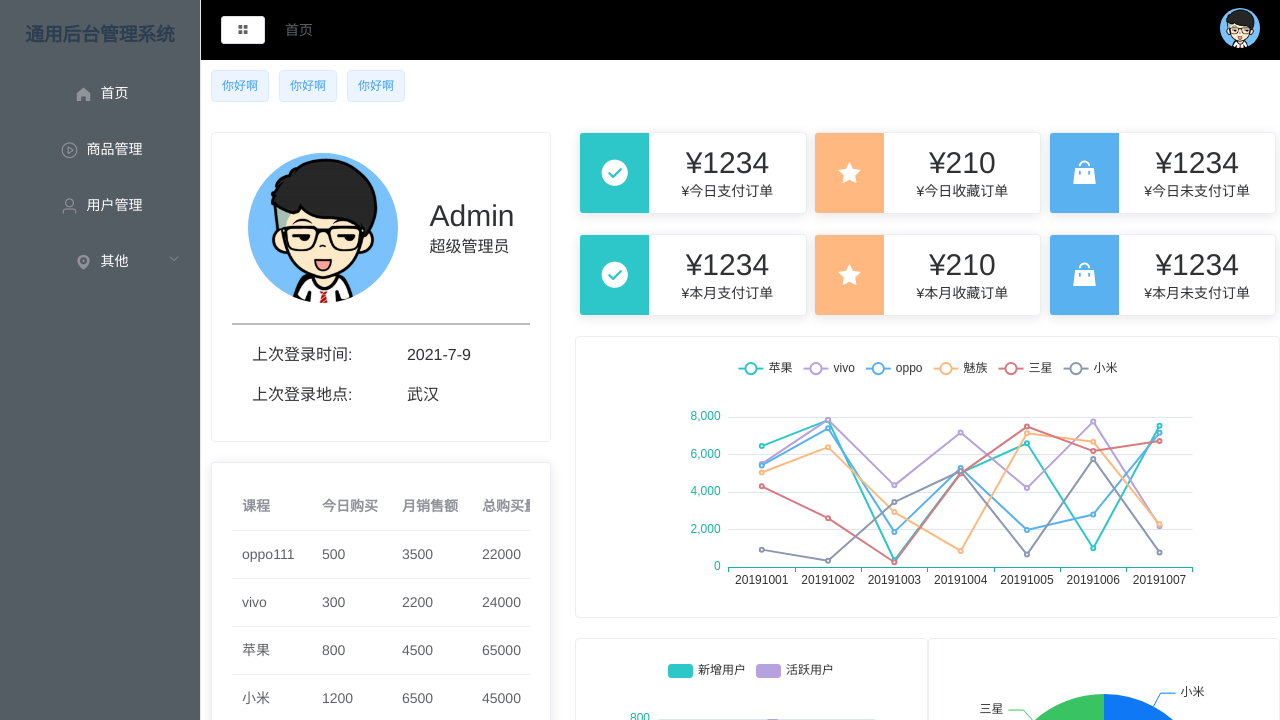
Repository: 385841539/VueStudy
Page: / (app in vue_cli/)
These files come from the project's save history. The page is drawn as it stood at one moment and after the next save; the edit follows.
The browser window is 1280 px wide. The pictures show the whole page.
An inner scrolling area shows only its first screen. The project was rebuilt for these pictures with package versions that can differ from the ones it lists, and the page was loaded fresh each time. Also part of the build but not shown: vue_cli/vue.config.js.

Above is the page before, as saved 2022-01-14 16:47:09.

### vue_cli/public/index.html
<!DOCTYPE html>
<html lang="">

<head>
  <meta charset="utf-8">
  <meta http-equiv="X-UA-Compatible" content="IE=edge">
  <meta name="viewport" content="width=device-width,initial-scale=1.0">
  <link rel="icon" href="<%= BASE_URL %>favicon.ico">
  <title>
    <%= htmlWebpackPlugin.options.title %>
  </title>
  <style>
    body {

      padding: 0px;
      margin: 0px;
      width: 100%;
      height: 100%;

    }
  </style>
</head>

<body>
  <noscript>
    <strong>We're sorry but <%= htmlWebpackPlugin.options.title %> doesn't work properly without JavaScript enabled.
        Please enable it to continue.</strong>
  </noscript>
  <div id="app"></div>
  <!-- built files will be auto injected -->
</body>

</html>

### vue_cli/src/main.js
import Vue from 'vue'
import App from './App.vue'
import './registerServiceWorker'
import router from './router'
import store from './store'

import ElementUI from 'element-ui';
import 'element-ui/lib/theme-chalk/index.css';
import http from 'axios'

Vue.use(ElementUI);
Vue.prototype.$http = http


Vue.config.productionTip = false

if (process.env.NODE_ENV == 'development') {

  require('@/api/mock')

}

new Vue({
  router,
  store,
  render: h => h(App)
}).$mount('#app')

### vue_cli/src/App.vue
<template>
  <div id="app">
    <!-- <p>这是一个P段落</p>
    <el-button>按钮</el-button>
    <el-button type="info">信息</el-button>
    <el-radio v-model="radio" label="1">备选项1</el-radio>
    <el-radio v-model="radio" label="2">备选项1</el-radio>

    <div>
      <router-link to="/">去home组件</router-link>
      <router-link to="/about">去about组件</router-link>
    </div> -->

    <router-view></router-view>
  </div>
</template>
<script>


export default {
  data() {
    return {
      radio: "1",
    };
  },
};
</script>


<style lang="scss">
#app {
  font-family: Avenir, Helvetica, Arial, sans-serif;
  -webkit-font-smoothing: antialiased;
  -moz-osx-font-smoothing: grayscale;
  text-align: center;
  color: #2c3e50;
}

#nav {
  padding: 30px;

  a {
    font-weight: bold;
    color: #2c3e50;

    &.router-link-exact-active {
      color: #42b983;
    }
  }
}
</style>

### vue_cli/src/router/index.js
import Vue from 'vue'
import VueRouter from 'vue-router'
import Main from '../views/Main.vue'

const originPush = VueRouter.prototype.push

VueRouter.prototype.push = function (location) {

  return originPush.call(this, location).catch(err => err)

}

Vue.use(VueRouter)

const routes = [
  {
    path: '/',
    name: 'main',
    component: Main,
    children: [

      {
        path: "/",
        name: "home",
        component: () => import('@/views/Home/Home')

      },
      {
        path: "/mall",
        name: "mall",
        component: () => import('@/views/Mall/Mall')

      },
      {
        path: "/user",
        name: "user",
        component: () => import('@/views/User/User')

      },
      {
        path: "/other",
        name: "other",
        component: () => import('@/views/Mall/Mall')

      },

    ]
  },
]

const router = new VueRouter({
  mode: 'history',
  base: process.env.BASE_URL,
  routes
})

export default router

### vue_cli/src/store/index.js
import Vue from 'vue'
import Vuex from 'vuex'
import tab from "./tab"

Vue.use(Vuex)

export default new Vuex.Store({
  state: {
  },
  mutations: {
  },
  actions: {
  },
  modules: {
    tab
  }
})

### vue_cli/src/api/mock.js
import Mock from 'mockjs'

import homeApi from './mockServe/home'

Mock.mock('/api/home/getData', homeApi.getStatisticalData )

### vue_cli/src/views/Main.vue
<template>
  <el-container style="height: 100vh">
    <el-aside width="auto">
      <CommonAside></CommonAside>
    </el-aside>
    <el-container>
      <el-header>
        <CommonHeader></CommonHeader>
      </el-header>
      <div><CommonTag></CommonTag></div>
      <el-main>
        <router-view></router-view>
      </el-main>
    </el-container>
  </el-container>
</template>

<script>
// @ is an alias to /src
import CommonAside from "../components/CommonAside.vue";
import CommonHeader from "../components/CommonHeader.vue";
import CommonTag from "../components/CommonTag.vue";

export default {
  name: "main",
  components: {
    CommonAside,
    CommonHeader,
    CommonTag,
  },
};
</script>
<style lang='scss' scoped>
.el-container {
  padding: 0px;
  max-width: 100%;
}
.el-aside {
  margin: 0px;
  padding: 0px;
}
.el-header {
  background-color: black;
  width: 100%;
  padding: 0%;
  margin: 0%;
}
.el-main {
  padding: 0px;
  height: 100%;
  width: 100%;
}
.router-view {
  padding: 0px;
  height: 100%;
  width: 100%;
}
</style>

### vue_cli/src/views/Home/Home.vue
<template>
  <div style="margin-left: 10px">
    <el-row :gutter="24">
      <el-col :span="8" style="margin-top: 20px">
        <el-card shadow="hover">
          <div class="user">
            <img :src="userImg" />
            <div class="userInfo">
              <p style="font-size: 30px">Admin</p>
              <p>超级管理员</p>
            </div>
          </div>

          <div class="loginInfo">
            <p>上次登录时间: <span>2021-7-9</span></p>
            <p>上次登录地点: <span>武汉</span></p>
          </div>
        </el-card>
        <el-card style="height: 470px; margin-top: 20px">
          <el-table :data="tableData">
            <el-table-column
              show-overflow-tooltip
              v-for="(value, key) in tableLabel"
              :key="key"
              :prop="key"
              :label="value"
            ></el-table-column>
          </el-table>
        </el-card>
      </el-col>
      <el-col :span="16" style="margin-top: 20px">
        <div class="num">
          <el-card
            shandow="hover"
            v-for="item in countData"
            :key="item.name"
            :body-style="{ display: 'flex', padding: 0 }"
          >
            <i
              class="icon"
              :class="`el-icon-${item.icon}`"
              :style="{ background: item.color }"
            ></i>
            <div class="detail">
              <p class="num">¥{{ item.value }}</p>
              <p class="txt">¥{{ item.name }}</p>
            </div>
          </el-card>
        </div>

        <el-card shadow="hover" style="height: 280px">
          <div style="height: 280px" ref="echart"></div>
        </el-card>

        <div class="graph">
          <el-card shadow="hover">
            <div style="height: 280px" ref="userEchart"></div>
          </el-card>
          <el-card shadow="hover">
            <div style="height: 280px" ref="videoEchart"></div>
          </el-card>

        </div>
      </el-col>
    </el-row>
  </div>
</template>



<script>
import { getMenu, getHome } from "../../api/data";
import * as echarts from "echarts";
// import Echart from "../../components/ECharts.vue";
export default {
  //   components: { Echart },
  data() {
    return {
      userImg: require("../../assets/images/user.png"),
      tableData: [],
      tableLabel: {
        name: "课程",
        todayBuy: "今日购买",
        monthBuy: "月销售额",
        totalBuy: "总购买量",
      },
      countData: [],
      ehcartData: {
        order: {
          legend: {
            // 图例文字颜色
            textStyle: {
              color: "#333",
            },
          },
          grid: {
            left: "20%",
          },
          // 提示框
          tooltip: {
            trigger: "axis",
          },
          xAxis: {
            type: "category", // 类目轴
            data: [],
            axisLine: {
              lineStyle: {
                color: "#17b3a3",
              },
            },
            axisLabel: {
              interval: 0,
              color: "#333",
            },
          },
          yAxis: [
            {
              type: "value",
              axisLine: {
                lineStyle: {
                  color: "#17b3a3",
                },
              },
            },
          ],
          color: [
            "#2ec7c9",
            "#b6a2de",
            "#5ab1ef",
            "#ffb980",
            "#d87a80",
            "#8d98b3",
          ],
          series: [],
        },

        user: {
          legend: {
            // 图例文字颜色
            textStyle: {
              color: "#333",
            },
          },
          grid: {
            left: "20%",
          },
          // 提示框
          tooltip: {
            trigger: "axis",
          },
          xAxis: {
            type: "category", // 类目轴
            data: [],
            axisLine: {
              lineStyle: {
                color: "#17b3a3",
              },
            },
            axisLabel: {
              interval: 0,
              color: "#333",
            },
          },
          yAxis: [
            {
              type: "value",
              axisLine: {
                lineStyle: {
                  color: "#17b3a3",
                },
              },
            },
          ],
          color: [
            "#2ec7c9",
            "#b6a2de",
            "#5ab1ef",
            "#ffb980",
            "#d87a80",
            "#8d98b3",
          ],
          series: [],
        },

        video: {
          tooltip: {
            trigger: "item",
          },
          color: [
            "#0f78f4",
            "#dd536b",
            "#9462e5",
            "#a6a6a6",
            "#e1bb22",
            "#39c362",
            "#3ed1cf",
          ],
          series: [],
        },
      },
    };
  },

  methods: {
    getTableData() {
      getHome().then((res) => {
        console.log(res);
        this.tableData = res.data.tableData;
        this.countData = res.data.countData;

        const order = res.data.orderData;
        this.ehcartData.order.xAxis.data = order.date;
        let keyArrray = Object.keys(order.data[0]);

        keyArrray.forEach((key) => {
          this.ehcartData.order.series.push({
            name: key,
            data: order.data.map((item) => item[key]),
            type: "line",
          });
        });

        const myEchartsOrder = echarts.init(this.$refs.echart);

        myEchartsOrder.setOption(this.ehcartData.order);
        //用户图
        this.ehcartData.user.xAxis.data = res.data.userData.map(
          (item) => item.date
        );

        this.ehcartData.user.series.push({
          name: "新增用户",
          data: res.data.userData.map((item) => item.new),
          type: "bar",
        });
        this.ehcartData.user.series.push({
          name: "活跃用户",
          data: res.data.userData.map((item) => item.active),
          type: "bar",
        });

        const userEcharts = echarts.init(this.$refs.userEchart);
        userEcharts.setOption(this.ehcartData.user);

        this.ehcartData.video.series.push({
          data: res.data.videoData,
          type: "pie",
        });

        const videoEcharts = echarts.init(this.$refs.videoEchart);
        videoEcharts.setOption(this.ehcartData.video);
      });
    },
  },
  mounted() {
    // getMenu().then((res) => {
    //   console.log(res);
    // });
    this.getTableData();
  },
};
</script>


<style  lang="scss" scoped>
// div {
//   background: blue;
//   height: 100%;
//   padding: 0px;
//   margin: 0px;
// }

.user {
  display: flex;
  align-items: center;
  justify-content: space-around;
  border-bottom: 2px solid rgb(194, 189, 189);

  padding-bottom: 20px;
  .userInfo {
    text-align: start;

    p {
      margin: 0px;
    }
  }
  img {
    width: 150px;
    height: 150px;
    border-radius: 50%;
  }
}

.loginInfo {
  // background-color: yellowgreen;
  margin-top: 0px;
  text-align: start;
  padding-left: 20px;

  span {
    margin-left: 50px;
  }
}

.num {
  display: flex;
  flex-wrap: wrap;
  justify-content: space-around;
  margin: 0px;
  .el-card {
    margin: 0px;
    width: 32%;
    margin-bottom: 20px;
    height: 80px;
  }
  .icon {
    font-size: 30px;
    width: 100px;
    height: 80px;
    color: white;
    line-height: 80px;
  }
  .detail {
    display: flex;
    flex-direction: column;
    justify-content: center;
    width: 100%;

    .num {
      font-size: 30px;

      justify-content: center;
    }
    .txt {
      font-size: 14px;
      justify-content: center;
    }
    p {
      margin: 0px;
    }
  }
}
.graph {
  display: flex;
  margin-top: 20px;
  .el-card {
    height: 320px;
    flex: 1;
  }
}
</style>

### vue_cli/src/store/tab.js
export default {


    state: {

        isCollapse: false,
        currentMenu: null,
        tabsList: [
            {
                path: '/',
                name: 'home',
                label: '首页',
                icon: 'home'

            }

        ]

    },


    mutations: {

        collaspseMenu(state) {
            state.isCollapse = !state.isCollapse

        },
        selectMenu(state, value) {

            console.log("--value---")
            console.log(value)


            if (item.name == "home") {
                state.currentMenu = null;
            } else {
                state.currentMenu = item;
            }


        }



    }


}

### vue_cli/src/api/mockServe/home.js
// mock数据模拟
import Mock from 'mockjs'

// 图表数据
let List = []
export default {
  getStatisticalData: () => {
    //Mock.Random.float 产生随机数100到8000之间 保留小数 最小0位 最大0位
    for (let i = 0; i < 7; i++) {
      List.push(
        Mock.mock({
          苹果: Mock.Random.float(100, 8000, 0, 0),
          vivo: Mock.Random.float(100, 8000, 0, 0),
          oppo: Mock.Random.float(100, 8000, 0, 0),
          魅族: Mock.Random.float(100, 8000, 0, 0),
          三星: Mock.Random.float(100, 8000, 0, 0),
          小米: Mock.Random.float(100, 8000, 0, 0)
        })
      )
    }
    return {
      code: 200,
      data: {
        // 饼图
        videoData: [
          {
            name: '小米',
            value: 2999
          },
          {
            name: '苹果',
            value: 5999
          },
          {
            name: 'vivo',
            value: 1500
          },
          {
            name: 'oppo',
            value: 1999
          },
          {
            name: '魅族',
            value: 2200
          },
          {
            name: '三星',
            value: 4500
          }
        ],
        // 柱状图
        userData: [
          {
            date: '周一',
            new: 5,
            active: 200
          },
          {
            date: '周二',
            new: 10,
            active: 500
          },
          {
            date: '周三',
            new: 12,
            active: 550
          },
          {
            date: '周四',
            new: 60,
            active: 800
          },
          {
            date: '周五',
            new: 65,
            active: 550
          },
          {
            date: '周六',
            new: 53,
            active: 770
          },
          {
            date: '周日',
            new: 33,
            active: 170
          }
        ],
        // 折线图
        orderData: {
          date: ['20191001', '20191002', '20191003', '20191004', '20191005', '20191006', '20191007'],
          data: List
        },
        tableData: [
          {
            name: 'oppo111',
            todayBuy: 500,
            monthBuy: 3500,
            totalBuy: 22000
          },
          {
            name: 'vivo',
            todayBuy: 300,
            monthBuy: 2200,
            totalBuy: 24000
          },
          {
            name: '苹果',
            todayBuy: 800,
            monthBuy: 4500,
            totalBuy: 65000
          },
          {
            name: '小米',
            todayBuy: 1200,
            monthBuy: 6500,
            totalBuy: 45000
          },
          {
            name: '三星',
            todayBuy: 300,
            monthBuy: 2000,
            totalBuy: 34000
          },
          {
            name: '魅族',
            todayBuy: 350,
            monthBuy: 3000,
            totalBuy: 22000
          }
        ],
        countData: [
        {
          name: "今日支付订单",
          value: 1234,
          icon: "success",
          color: "#2ec7c9",
        },
        {
          name: "今日收藏订单",
          value: 210,
          icon: "star-on",
          color: "#ffb980",
        },
        {
          name: "今日未支付订单",
          value: 1234,
          icon: "s-goods",
          color: "#5ab1ef",
        },
        {
          name: "本月支付订单",
          value: 1234,
          icon: "success",
          color: "#2ec7c9",
        },
        {
          name: "本月收藏订单",
          value: 210,
          icon: "star-on",
          color: "#ffb980",
        },
        {
          name: "本月未支付订单",
          value: 1234,
          icon: "s-goods",
          color: "#5ab1ef",
        },
      ]
      }
    }
  }
}

### vue_cli/src/components/CommonAside.vue
<template>
  <el-menu
    class="el-menu-vertical-demo"
    :collapse="isCollapse"
    background-color="#545c64"
    text-color="#fff"
    active-text-color="#ffd04b"
  >
    <h3>{{ getName }}</h3>

    <el-menu-item
      :index="item.path"
      v-for="item in noChildren"
      :key="item.name"
      @click="clickMenu(item)"
    >
      <i :class="'el-icon-' + item.icon"></i>
      <span slot="title">{{ item.label }}</span>
    </el-menu-item>

    <el-submenu
      :index="item.label"
      v-for="item in hazChildren"
      :key="item.label"
    >
      <div slot="title">
        <i :class="'el-icon-' + item.icon"></i>
        <span>{{ item.label }}</span>
      </div>

      <el-menu-item-group>
        <el-menu-item
          v-for="(subItem, subIndex) in item.children"
          :index="subItem.path"
          :key="subIndex"
        >
          <i :class="'el-icon-' + subItem.icon"></i>
          <span slot="title">{{ subItem.label }}</span>
        </el-menu-item>
      </el-menu-item-group>
    </el-submenu>
  </el-menu>
</template>

<style lang="scss" scoped>
.el-menu-vertical-demo:not(.el-menu--collapse) {
  width: 200px;
  height: 100%;
  min-height: 400px;
}
.el-menu-vertical-demo {
  height: 100%;
}

.el-menu-item {
  justify-content: space-around;
  background-color: tomato;
}
.el-submenu {
  justify-content: space-around;
  background-color: green;
}
</style>


<script>
export default {
  data() {
    return {
      menu: [
        {
          path: "/",
          name: "home",
          label: "首页",
          icon: "s-home",
          url: "Home/Home",
        },
        {
          path: "/mall",
          name: "mall",
          label: "商品管理",
          icon: "video-play",
          url: "MallManage/MallManage",
        },
        {
          path: "/user",
          name: "user",
          label: "用户管理",
          icon: "user",
          url: "UserMange/UserMange",
        },
        {
          label: "其他",
          icon: "location",
          children: [
            {
              path: "/page1",
              name: "page1",
              label: "页面1",
              icon: "setting",
              url: "Other/PageOne",
            },
            {
              path: "/page2",
              name: "page2",
              label: "页面2",
              icon: "setting",
              url: "Other/PageTwo",
            },
          ],
        },
      ],
    };
  },
  methods: {
    clickMenu(item) {
      console.log(item);
      this.$router.push({ name: item.name });
      this.$store.commit("selectMenu", item);
    },
  },
  computed: {
    isCollapse() {
      return this.$store.state.tab.isCollapse;
    },
    getName() {
      if (this.isCollapse) return "后台";

      return "通用后台管理系统";
    },
    noChildren() {
      return this.menu.filter((item) => {
        console.log(item);
        return !item.children;
      });
    },
    hazChildren() {
      return this.menu.filter((item) => item.children);
    },
  },
};
</script>

### vue_cli/src/components/CommonHeader.vue
<template>
  <header>
    <div class="l-content">
      <el-button
        plain
        icon="el-icon-menu"
        size="mini"
        v-on:click="handleMenu"
      ></el-button>

      <el-breadcrumb separator="/">
        <el-breadcrumb-item :to="{ path: '/' }">首页</el-breadcrumb-item>
        <el-breadcrumb-item :to="{ path: currentMenu.path }" v-if="currentMenu">
          {{ currentMenu.label }}
        </el-breadcrumb-item>
      </el-breadcrumb>
    </div>

    <div class="r-content">
      <el-dropdown szie="mini" trigger="click">
        <span>
          <img :src="userImg" class="user" />
        </span>

        <el-dropdown-menu slot="dropdown">
          <el-dropdown-item>个人中心</el-dropdown-item>
          <el-dropdown-item>退出</el-dropdown-item>
        </el-dropdown-menu>
      </el-dropdown>
    </div>
  </header>
</template>



<script>
export default {
  data() {
    return {
      userImg: require("../assets/images/user.png"),
    };
  },

  computed: {
    currentMenu() {
      return this.$store.state.tab.currentMenu;
    },
  },
  methods: {
    handleMenu() {
      this.$store.commit("collaspseMenu");
    },
  },
};
</script>


<style  lang="scss" scoped>
header {
  display: flex;
  height: 100%;
  width: 100%;
  align-items: center;
  justify-content: space-between;
  padding: 0;
  margin: 0;
}

.home-title {
  color: white;
}

.l-content {
  display: flex;
  align-items: center;
  margin-left: 20px;
  .el-button {
    margin-right: 20px;
  }
}

.r-content {
  .user {
    width: 40px;
    height: 40px;
    border-radius: 50%;
    margin-right: 20px;
  }
}
.el-breadcrumb_item {
  .el-breadcrumb_inner {
    color: white;
    font-size: 1000px;
  }
  //   &:last-child {
  //     .el-breadcrumb__inner {
  //       color: white;
  //     }
  //   }
}
</style>

### vue_cli/src/components/CommonTag.vue
<template>
  <div class="tabs">
    <el-tag>你好啊</el-tag>
    <el-tag>你好啊</el-tag>
    <el-tag>你好啊</el-tag>
  </div>
</template>

<script>
export default {};
</script>

<style>
.tabs {
  padding: 10px;
  display: flex;
  align-items: flex-start;
  flex-wrap: wrap;
}

.el-tag{

margin-right: 10px;

}
</style>

### vue_cli/src/api/data.js
import axios from './axios'

// export const getMenu = () => {
//   return axios.request({
//     url: 'menu',
//     method: 'get'
//   })
// }

export const getHome = () => {
  return axios.request({
    url: '/home/getData',
    method: 'get'
  })
}

export const getUser = (params) => {
  return axios.request({
    url: '/user/getUser',
    method: 'get',
    params
  })
}

export const getMenu = (params) => {
  return axios.request({
    url: '/permission/getMenu',
    method: 'post',
    data: params
  })
}

### vue_cli/src/api/axios.js
// 二次封装axios 拦截器

import axios from 'axios'
import config from '../config/index'
// 设置配置 根据开发 和 生产环境不一样
const baseUrl = process.env.NODE_ENV === 'development' ? config.baseUrl.dev : config.baseUrl.pro
class HttpRequst {
  constructor(baseUrl) {
    this.baseUrl = baseUrl
  }
  getInsideConfig() {
    const config = {
      baseURL: this.baseUrl,
      header: {

      }
    }
    return config
  }
  interceptors(instance) {
    instance.interceptors.request.use(function (config) {
      // 在发送请求之前做些什么
      console.log('拦截处理请求');
      return config;
    }, function (error) {
      // 对请求错误做些什么
      return Promise.reject(error);
    });

    instance.interceptors.response.use(function (response) {
      console.log('处理相应');
      // 对响应数据做点什么
      return response.data;
    }, function (error) {
      console.log(error);
      // 对响应错误做点什么
      return Promise.reject(error);
    });
  }
  // {
  //   baseURL:'/rApi'
  // }
  request(options) {
    // 请求
    // /api/getList  /api/getHome
    const instanse = axios.create()
    // 技巧
    // /api // api1
    options = { ...(this.getInsideConfig()), ...options }
    console.log(options);
    this.interceptors(instanse)
    return instanse(options)
  }
}

export default new HttpRequst(baseUrl)

### vue_cli/src/config/index.js
export default {

    title: "admin",
    baseUrl: {

        //开发环境

        dev: '/api/',
        pro: ''

    }


}

Loaded but not shown: vue_cli/src/registerServiceWorker.js (common file)

After the next save:
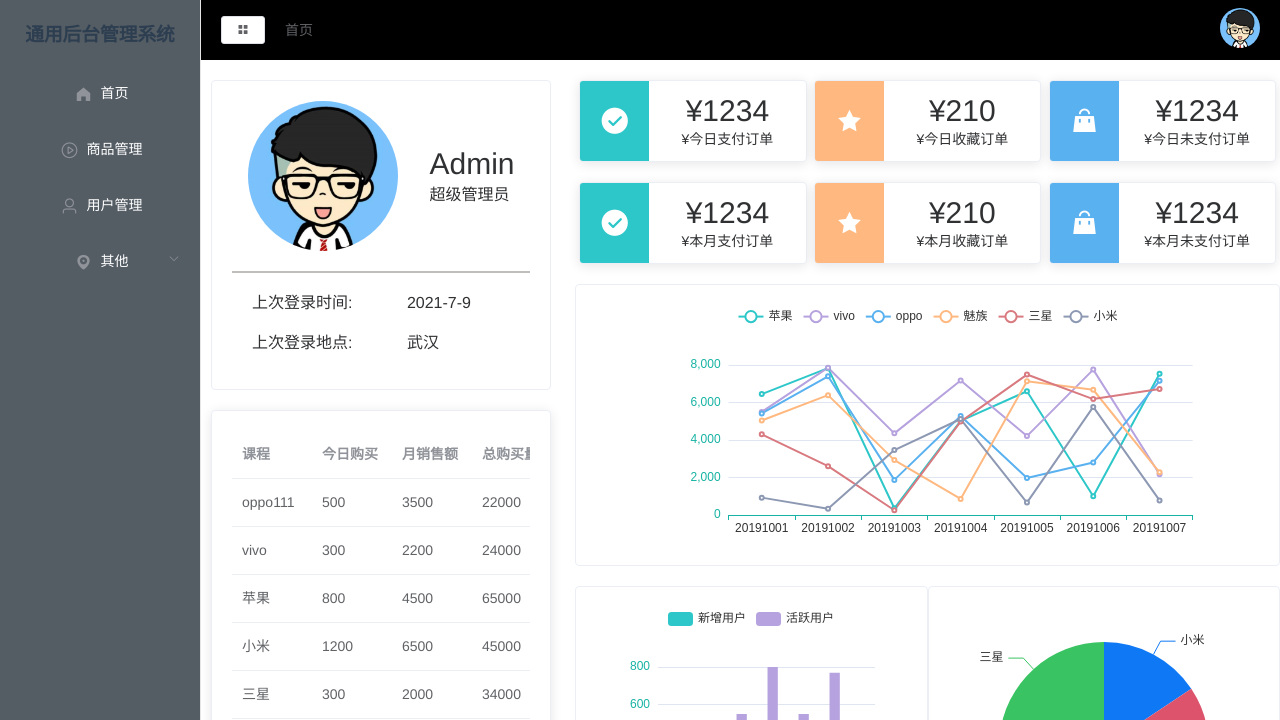
Saved 5 min 1 s later.
--- a/vue_cli/src/components/CommonTag.vue
+++ b/vue_cli/src/components/CommonTag.vue
@@ -1,13 +1,17 @@
 <template>
   <div class="tabs">
-    <el-tag>你好啊</el-tag>
-    <el-tag>你好啊</el-tag>
-    <el-tag>你好啊</el-tag>
+    <el-tag :v-for="item in tabLists">{{ item.label }}</el-tag>
   </div>
 </template>
 
 <script>
-export default {};
+export default {
+  computed: {
+    tabLists() {
+      return this.$store.tab.tabLists;
+    },
+  },
+};
 </script>
 
 <style>
@@ -18,9 +22,7 @@ export default {};
   flex-wrap: wrap;
 }
 
-.el-tag{
-
-margin-right: 10px;
-
+.el-tag {
+  margin-right: 10px;
 }
 </style>
